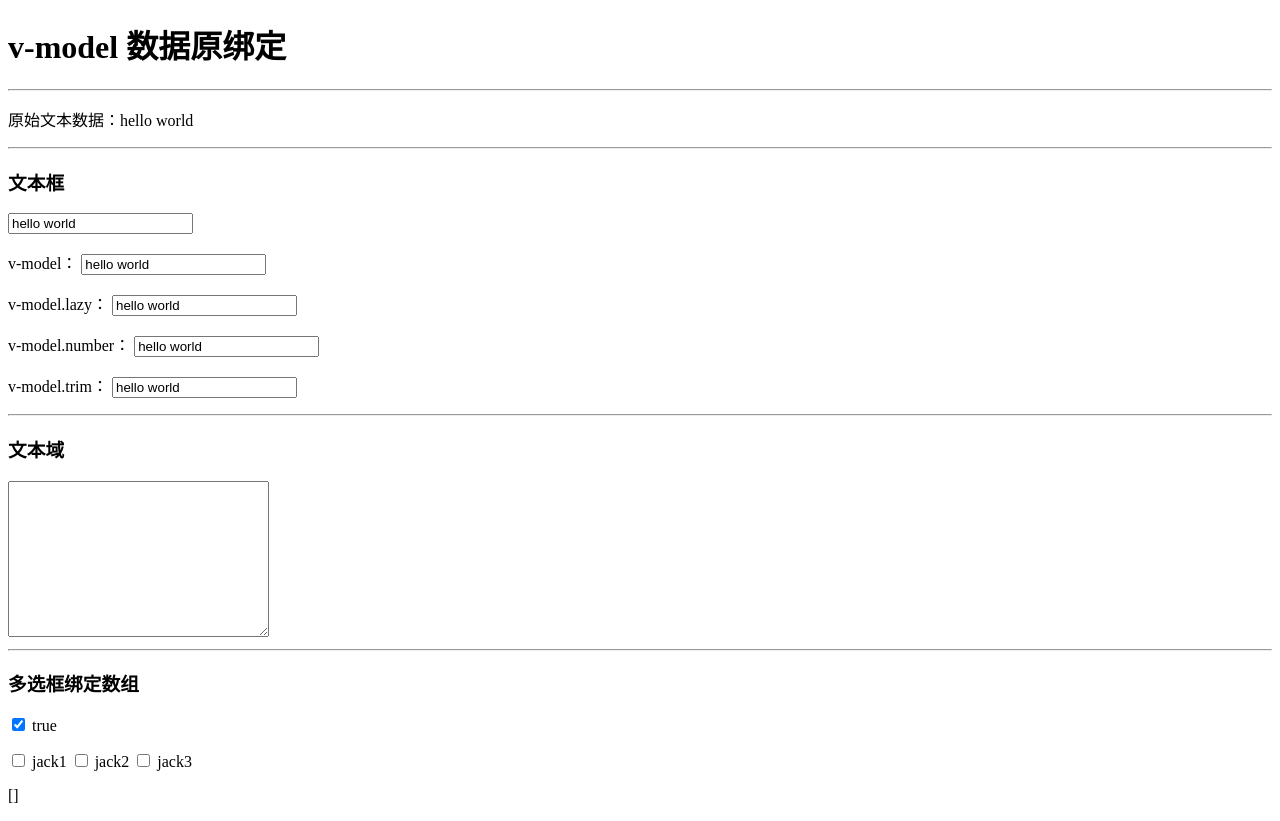
Repository: 13982720426/vue2.0-LearningNotes
Page: example/v-model.html
The author's editor kept a copy of each file at every save. The page is drawn from the files as they stood at one save, then again after the next save.
The browser window is 1280 px wide. The pictures show the whole page.

Above is the page before, as saved 2021-06-17 21:25:59.

### example/v-model.html
<!DOCTYPE html>
<html lang="en">
  <head>
    <meta charset="UTF-8" />
    <script type="text/javascript" src="../assets/js/vue.js"></script>
    <title>v-model 数据源绑定</title>
  </head>
  <body>
    <h1>v-model 数据原绑定</h1>
    <hr />
    <div id="app">
      <p>原始文本数据：{{message}}</p>
      <hr />
      <h3>文本框</h3>
      <p><input type="text" v-on:keyup.enter="onEnter" v-model="message" /></p>

      <p>
        v-model：
        <input type="text" v-on:keyup.enter="onEnter" v-model="message" />
      </p>
      <p>
        v-model.lazy：
        <input type="text" v-on:keyup.enter="onEnter" v-model.lazy="message" />
      </p>
      <p>
        v-model.number：
        <input type="text" v-on:keyup.enter="onEnter" v-model.number="message" />
      </p>
      <p>
        v-model.trim：
        <input type="text" v-on:keyup.enter="onEnter" v-model.trim="message" />
      </p>
      <hr />
      <h3>文本域</h3>
      <textarea cols="30" rows="10"></textarea>
      <hr />
      <h3>多选框绑定数组</h3>
      <p>
        <input type="checkbox" id="isTrue" v-model="isTrue" />
        <label for="isTrue">{{isTrue}}</label>
      </p>
      <p>
        <input type="checkbox" id="jack1" value="jack1" v-model="web_names" />
        <label for="isTrue">jack1</label>
        <input type="checkbox" id="jack2" value="jack2" v-model="web_names" />
        <label for="isTrue">jack2</label>
        <input type="checkbox" id="jack3" value="jack3" v-model="web_names" />
        <label for="isTrue">jack3</label>
      </p>
      <p>{{web_names}}</p>
    </div>

    <script type="text/javascript">
      var app = new Vue({
        el: '#app',
        data: {
          message: 'hello world',
          isTrue: true,
          web_names: [],
        },
      });
    </script>
  </body>
</html>

Loaded but not shown: assets/js/vue.js (library)

After the next save:
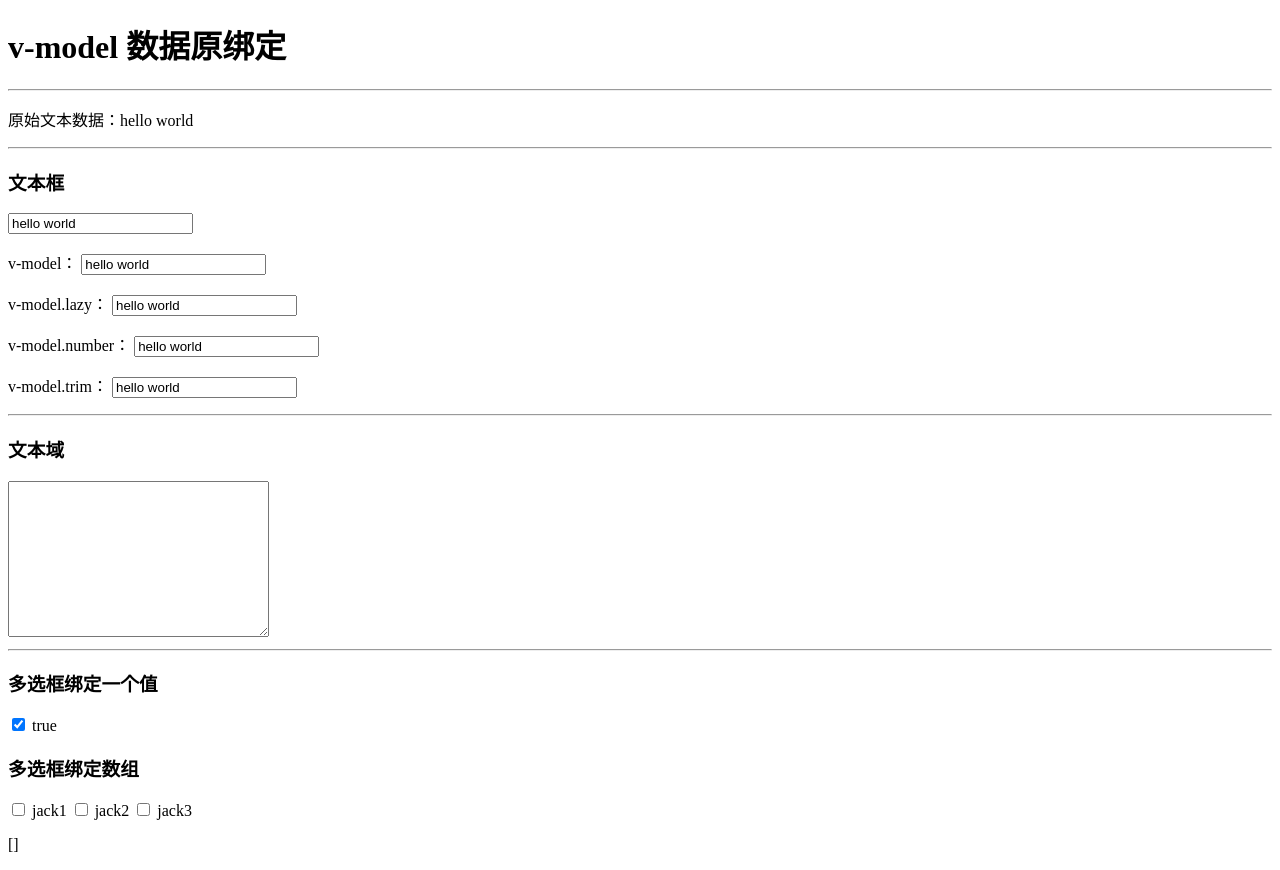
Saved 51 s later.
--- a/example/v-model.html
+++ b/example/v-model.html
@@ -34,11 +34,12 @@
       <h3>文本域</h3>
       <textarea cols="30" rows="10"></textarea>
       <hr />
-      <h3>多选框绑定数组</h3>
+      <h3>多选框绑定一个值</h3>
       <p>
         <input type="checkbox" id="isTrue" v-model="isTrue" />
         <label for="isTrue">{{isTrue}}</label>
       </p>
+      <h3>多选框绑定数组</h3>
       <p>
         <input type="checkbox" id="jack1" value="jack1" v-model="web_names" />
         <label for="isTrue">jack1</label>
